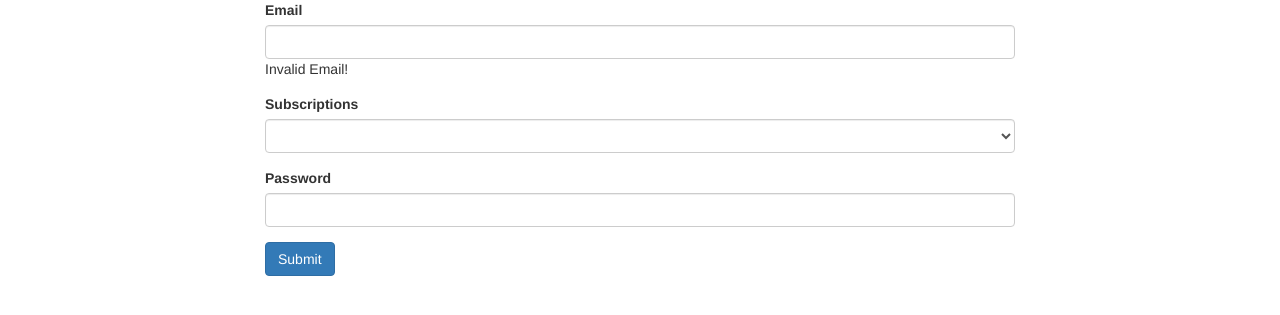
Repository: NikitasX/AngularCourse
Page: / (app in td-forms-assignment/)
These files come from the project's save history. The page is drawn as it stood at one moment and after the next save; the edit follows.
The browser window is 1280 px wide. The pictures show the whole page.
The project was rebuilt for these pictures with package versions that can differ from the ones it lists, and the page was loaded fresh each time. Also part of the build but not shown: td-forms-assignment/angular.json.

Above is the page before, as saved 2020-09-25 16:43:14.

After the next save:
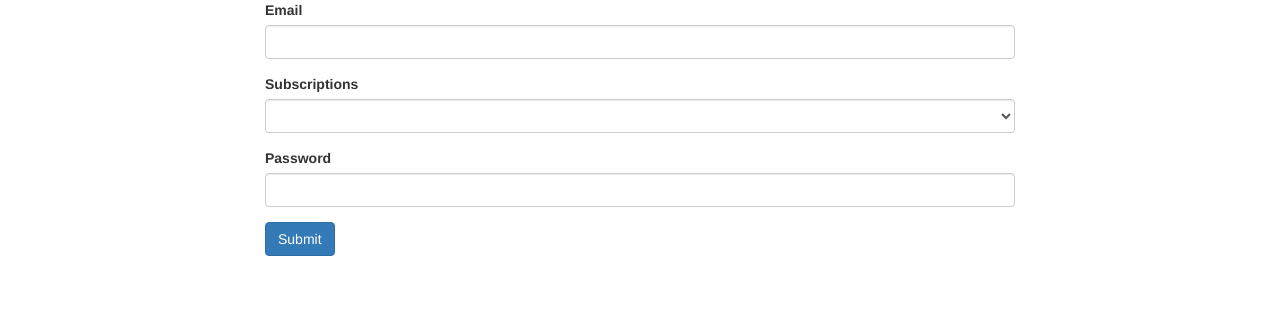
Saved 9 s later.
--- a/td-forms-assignment/src/app/app.component.html
+++ b/td-forms-assignment/src/app/app.component.html
@@ -14,7 +14,7 @@
               email
               ngModel
               #email="ngModel">
-              <p *ngIf="email">Invalid Email!</p>
+              <p *ngIf="!email.valid && email.touched">Invalid Email!</p>
             </div>
 
             <div class="form-group">
